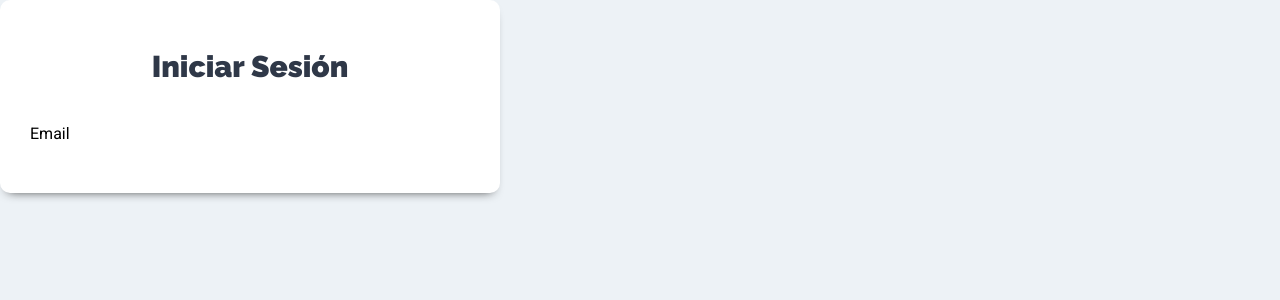
Repository: tive02/MERNTask-cliente
Page: /
These files come from the project's save history. The page is drawn as it stood at one moment and after the next save; the edit follows.
The browser window is 1280 px wide. The pictures show the whole page.
The project was rebuilt for these pictures with package versions that can differ from the ones it lists, and the page was loaded fresh each time. Also part of the build but not shown: src/components/auth/NuevaConsulta.js, src/components/proyectos/Proyectos.js.

Above is the page before, as saved 2021-03-19 19:36:29.

### public/index.html
<!DOCTYPE html>
<html lang="en">
  <head>
    <meta charset="utf-8" />
    <link rel="icon" href="%PUBLIC_URL%/favicon.ico" />
    <meta name="viewport" content="width=device-width, initial-scale=1" />
    <meta name="theme-color" content="#000000" />
    <meta
      name="description"
      content="Web site created using create-react-app"
    />
    <link rel="apple-touch-icon" href="logo192.png" />

    <link rel="manifest" href="%PUBLIC_URL%/manifest.json" />
    <link
      rel="stylesheet"
      href="https://cdnjs.cloudflare.com/ajax/libs/normalize/8.0.1/normalize.min.css"
    />
    <link
      href="https://fonts.googleapis.com/css?family=Raleway:400,900|Roboto:300,400,700&display=swap"
      rel="stylesheet"
    />
    <title>MERNTasks</title>
  </head>
  <body>
    <noscript>You need to enable JavaScript to run this app.</noscript>
    <div id="root"></div>
  </body>
</html>

### src/index.css
:root {
  --blanco: #ffffff;
  --gris1: #edf2f6;
  --gris2: #2f3848;
  --gris3: #1a202d;
  --negro: #000000;
  --headingFont: "Raleway", sans-serif;
  --textFont: "Roboto", sans-serif;
}
*,
*:before,
*:after {
  box-sizing: inherit;
}
html {
  box-sizing: border-box;
  height: 100%;
  font-size: 62.5%;
}
body {
  min-height: 100%;
  background-color: var(--gris1);
  font-size: 16px;
  font-size: 1.6rem;
  font-family: var(--textFont);
}

h1,
h2 {
  font-family: var(--headingFont);
  font-weight: 900;
  margin: 0 0 4rem 0;
  text-align: center;
  color: var(--gris2);
}
h1 span {
  font-weight: 400;
}
h1 {
  font-size: 3rem;
}
h2 {
  font-size: 2.4rem;
}
ul {
  list-style: none;
  padding: 0;
  margin: 0;
}
a {
  text-decoration: none;
  color: var(--gris2);
}

/** BOTONES **/
.btn {
  margin-top: 2rem;
  font-family: var(--headingFont);
  padding: 1.5rem;
  font-size: 1.4;
  font-weight: 400;
  border-radius: 0.5rem;
  border: none;
  transition: background-color 0.3s ease;
}
.btn:hover {
  cursor: pointer;
}
.btn-primario {
  background-color: var(--gris2);
  color: var(--blanco);
}
.btn-primario:hover {
  background: var(--gris3);
}
.btn-secundario {
  background-color: var(--gris1);
}
.btn-block {
  display: block;
  width: 100%;
}
.btn-submit:hover {
  background-color: var(--gris2);
}
.btn-blank {
  margin: 0;
  padding: 0;
  display: block;
  background-color: transparent;
}

@media (min-width: 768px) {
  .contenedor-app {
    display: flex;
    min-height: 100vh;
  }

  aside {
    background-color: var(--blanco);
    flex: 0 0 300px;
  }
  .seccion-principal {
    flex: 1;
  }
}

/* BARRA LATERAL */
aside {
  padding: 3rem;
}

.formulario-nuevo-proyecto {
  margin-top: 6rem;
}
.formulario-nuevo-proyecto .input-text {
  border-bottom: 1px solid var(--gris2);
  border-radius: 0;
  background-color: var(--gris1);
}
.formulario-nuevo-proyecto .input-text::placeholder {
  color: var(--gris2);
}
.proyectos {
  margin-top: 10rem;
}
.listado-proyectos li {
  margin-bottom: 2rem;
}
.listado-proyectos li a {
  font-size: 1.4rem;
  color: var(--gris2);
  line-height: 1.5;
  font-weight: 300;
}
.app-header {
  display: flex;
  justify-content: space-between;
  background-color: var(--gris2);
  padding: 4rem;
}
.nombre-usuario {
  color: var(--blanco);
  font-size: 2.2rem;
  margin: 0;
}
.nombre-usuario span {
  font-weight: 900;
}
.nav-principal a {
  color: var(--blanco);
  text-decoration: none;
}
.nav-principal a:first-of-type {
  margin-right: 2rem;
}

/** Formulario crear y editar tareas **/
.formulario {
  background-color: var(--gris3);
  padding: 4rem;
}
.formulario form {
  max-width: 600px;
  margin: 0 auto;
}
.contenedor-input {
  display: flex;
}
.contenedor-input label {
  margin-bottom: 1rem;
  color: var(--blanco);
}
.input-text {
  padding: 1rem;
  border: none;
  border-radius: 0.5rem;
  flex: 1;
  width: 100%;
}

/** TAREAS LISTADO **/
.contenedor-tareas {
  padding: 4rem;
}

.listado-tareas {
  max-width: 600px;
  margin: 0 auto;
}

.tarea {
  display: flex;
  justify-content: space-between;
  background-color: var(--blanco);
  padding: 0.5rem 2rem;
  align-items: center;
  margin-bottom: 1rem;
  border-radius: 0.5rem;
}
.sombra {
  -webkit-box-shadow: 0px 4px 10px -3px rgba(117, 117, 117, 1);
  -moz-box-shadow: 0px 4px 10px -3px rgba(117, 117, 117, 1);
  box-shadow: 0px 4px 10px -3px rgba(117, 117, 117, 1);
}
.sombra-dark {
  -webkit-box-shadow: 0px 6px 11px -8px rgba(0, 0, 0, 0.9);
  -moz-box-shadow: 0px 6px 11px -8px rgba(0, 0, 0, 0.9);
  box-shadow: 0px 6px 11px -8px rgba(0, 0, 0, 0.9);
}
.tarea .acciones .btn:first-of-type {
  margin-right: 1rem;
}
.tarea p {
  font-size: 1.6rem;
  flex: 1;
  padding-right: 2rem;
}
.tarea .btn {
  padding: 0.8rem;
  font-size: 1.4rem;
  border-radius: 0;
  margin: 0;
}

.estado {
  margin-right: 1rem;
}
.estado button,
.mensaje {
  font-weight: 900;
  font-family: var(--textFont);
  font-size: 1rem;
  padding: 0.5rem;
  border-radius: 0.5rem;
  cursor: pointer;
  border: none;
}
.mensaje {
  text-align: center;
  font-size: 1.6rem;
  border-radius: 0;
}
.mensaje:hover {
  cursor: default;
}
.completo,
.correcto {
  background-color: rgba(154, 252, 154, 0.3);
  color: var(--gris3);
}
.incompleto {
  background-color: rgba(255, 178, 178, 0.4);
  color: var(--gris3);
}
.error {
  max-width: 600px;
  margin: 2rem auto 0 auto;
  background-color: rgb(170, 0, 0);
  color: var(--blanco);
}

.tarea-enter,
.proyecto-enter {
  opacity: 0;
}
.tarea-enter-active,
.proyecto-enter-active {
  opacity: 1;
  transition: opacity 200ms;
}
.tarea-exit,
.proyecto-exit {
  opacity: 1;
}
.tarea-exit-active,
.proyecto-exit-active {
  opacity: 0;
  transition: opacity 200ms;
}

.form-usuario {
  background-color: var(--gris2);
  height: 100vh;
  min-height: 800px;
  display: flex;
  align-items: center;
  justify-content: center;
}

.contenedor-form {
  padding: 5rem 3rem;
  max-width: 500px;
  width: 95%;
  background-color: var(--blanco);
  border-radius: 1rem;
}

.campo-form {
  display: flex;
  margin-bottom: 2rem;
  align-items: center;
}
.campo-form:last-of-type {
  margin: 0;
}
.campo-form label {
  flex: 0 0 100px;
  font-family: var(--textFont);
}
.campo-form input[type="password"],
.campo-form input[type="email"],
.campo-form input[type="text"] {
  border: 1px solid #e1e1e1;
  padding: 1rem;
  flex: 1;
}

.enlace-cuenta {
  margin-top: 2rem;
  display: block;
  opacity: 0.7;
}

### src/App.js
import React from "react";
import { BrowserRouter as Router, Switch, Route } from "react-router-dom";
import Login from "./components/auth/Login";
import NuevaConsulta from "./components/auth/NuevaConsulta";
import Proyectos from "./components/proyectos/Proyectos";

function App() {
  return (
    <Router>
      <Switch>
        <Route exact path="/" component={Login} />
        <Route exact path="/nueva-cuenta" component={NuevaConsulta} />
        <Route exact path="/proyectos" component={Proyectos} />
      </Switch>
    </Router>
  );
}

export default App;

### src/components/auth/Login.js
import React from "react";

const Login = () => {
  return (
    <div className="form-usuarios">
      <div className="contenedor-form sombra-dark">
        <h1>Iniciar Sesión</h1>
        <form>
          <div className="campo-form">
            <label htmlFor="email">Email </label>
          </div>
        </form>
      </div>
    </div>
  );
};

export default Login;

Loaded but not shown: src/index.js (common file); src/reportWebVitals.js (common file)

After the next save:
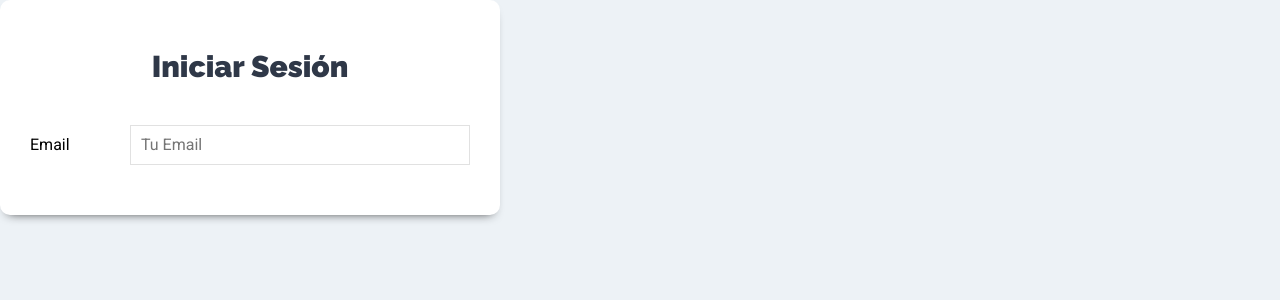
Saved 66 s later.
--- a/src/components/auth/Login.js
+++ b/src/components/auth/Login.js
@@ -8,6 +8,12 @@ const Login = () => {
         <form>
           <div className="campo-form">
             <label htmlFor="email">Email </label>
+            <input
+              type="email"
+              id="email"
+              name="email"
+              placeholder="Tu Email"
+            />
           </div>
         </form>
       </div>
